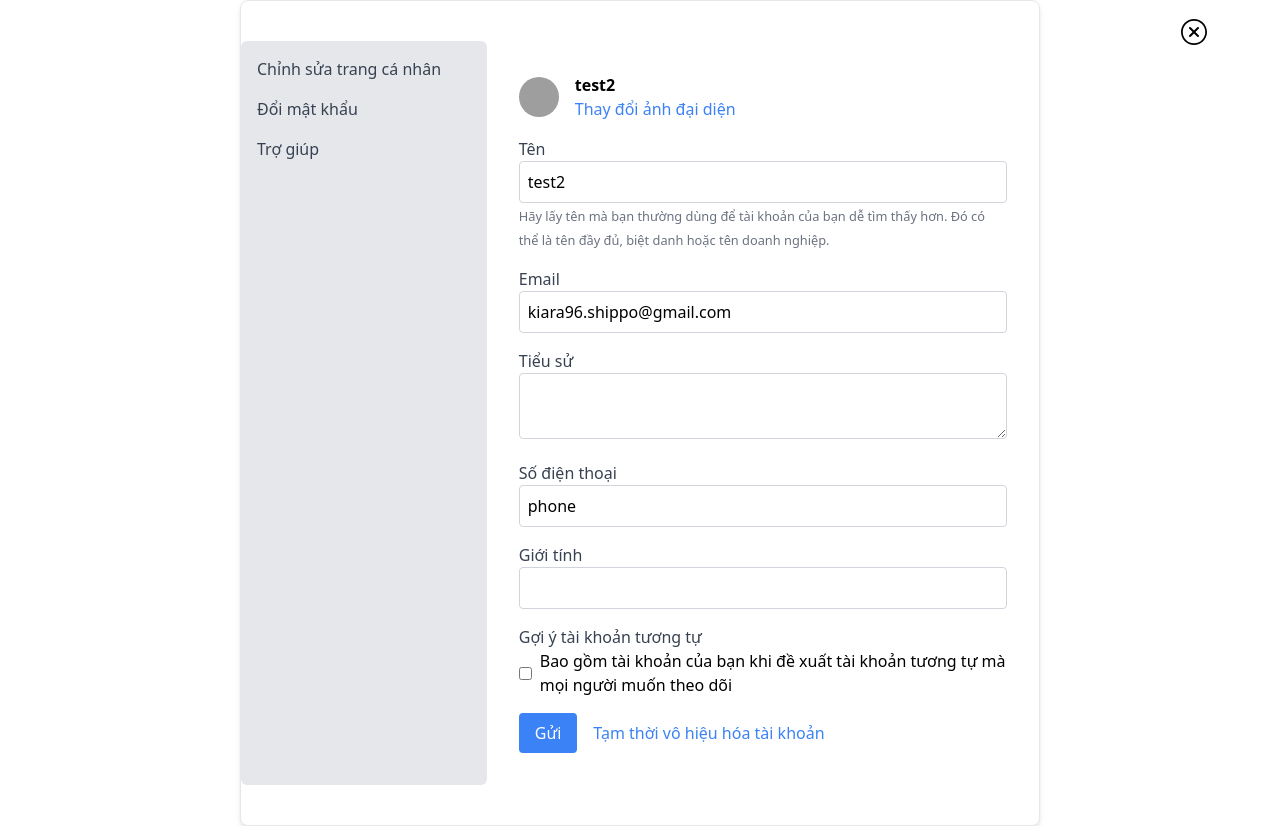
Repository: DangNgocDuong250903/2425_CS445AC_NHOM1
Page: /update_user (app in social_fe/)
The author's editor kept a copy of each file at every save. The page is drawn from the files as they stood at one save, then again after a run of saves.
The browser window is 1280 px wide. The pictures show the whole page.
Pictures or frames that could not be fetched are drawn as grey boxes. The project was rebuilt for these pictures with package versions that can differ from the ones it lists, and the page was loaded fresh each time. Also part of the build but not shown: social_fe/vite.config.js, social_fe/src/components/Button/index.jsx, social_fe/src/assets/index.js, social_fe/src/components/FriendCard/index.jsx, social_fe/src/components/Loading/index.jsx, social_fe/src/components/PostCard/index.jsx, social_fe/src/components/ProfileCard/index.jsx, social_fe/src/components/TextInput/index.jsx and 8 more.

Above is the page before, as saved 2024-11-05 11:04:12.

### social_fe/index.html
<!DOCTYPE html>
<html lang="en">
  <head>
    <meta charset="UTF-8" />
    <link rel="icon" type="image/svg+xml" href="/public/logo.svg" />
    <meta name="viewport" content="width=device-width, initial-scale=1.0" />
    <title>LinkVerse</title>
  </head>
  <body>
    <div id="root"></div>
    <script type="module" src="/src/main.jsx"></script>
  </body>
</html>

### social_fe/src/main.jsx
import { StrictMode } from "react";
import { createRoot } from "react-dom/client";
import App from "./App.jsx";
import "./index.css";
import { store } from "./redux/store.js";
import { Provider } from "react-redux";
import { BrowserRouter } from "react-router-dom";

createRoot(document.getElementById("root")).render(
  <StrictMode>
    <Provider store={store}>
      <BrowserRouter>
        <App />
      </BrowserRouter>
    </Provider>
  </StrictMode>,
);

### social_fe/src/App.jsx
import { Outlet, Navigate, Route, Routes, useLocation } from "react-router-dom";
import {
  Home,
  Profile,
  Register,
  Login,
  ResetPassword,
  NotFound,
} from "./pages";
import { useSelector } from "react-redux";
import UpdateUser from "./pages/ProfilePage/updateUser";

const Layout = () => {
  const { user } = useSelector((state) => state.user);
  const location = useLocation();

  return user?.token ? (
    <Outlet />
  ) : (
    <Navigate to="/login" state={{ from: location }} replace />
  );
};

function App() {
  const { theme } = useSelector((state) => state.theme);

  return (
    <div data-theme={theme} className="w-full min-h-[100vh]">
      <Routes>
        <Route element={<Layout />}>
          <Route path="/" element={<Home />} />
          <Route path="/profile" element={<Profile />} />
          <Route path="/update_user" element={<UpdateUser />} />


        </Route>

        <Route path="/register" element={<Register />} />
        <Route path="/login" element={<Login />} />
        <Route path="/reset-password" element={<ResetPassword />} />
        <Route path="*" element={<NotFound />} />
      </Routes>
    </div >
  );
}

export default App;

### social_fe/src/index.css
@tailwind base;
@tailwind components;
@tailwind utilities;

::-webkit-scrollbar {
    display: none;
     -ms-overflow-style: none;  /* IE and Edge */
    scrollbar-width: none;
  }

  .topbar{
  position: sticky;
  top: 0px;
  z-index: 49;
  }


  .dots-container {
    display: flex;
    align-items: center;
    justify-content: center;
    height: 100%;
    width: 100%;
    margin-bottom: 5px;
  }

  .dot {
    height: 12px;
    width: 12px;
    margin-right: 10px;
    border-radius: 10px;
    background-color: #fff;
    animation: pulse 1.5s infinite ease-in-out;
  }

  .dot:last-child {
    margin-right: 0;
  }

  .dot:nth-child(1) {
    animation-delay: -0.3s;
  }

  .dot:nth-child(2) {
    animation-delay: -0.1s;
  }

  .dot:nth-child(3) {
    animation-delay: 0.1s;
  }

  @keyframes pulse {
    0% {
      transform: scale(0.8);
      background-color: #b3d4fc;
      box-shadow: 0 0 0 0 rgba(178, 212, 252, 0.7);
    }

    50% {
      transform: scale(1.2);
      background-color: #4b79e4;
      box-shadow: 0 0 0 10px rgba(178, 212, 252, 0);
    }

    100% {
      transform: scale(0.8);
      background-color: #2584f8;
      box-shadow: 0 0 0 0 rgba(178, 212, 252, 0.7);
    }
  }

  @layer base {
    :root {
      --color-bg: 227 227 227;
      --color-primary: 255 255 255;
      --color-secondary:255 255 255;
      --color-ascent1: 0 0 0;
      --color-ascent2: 89 91 100;
      --color-blue: 6 90 216;
      --color-white: 255 255 255;

    }
    /* //15 23 42  21 30 49*/
    [data-theme="dark"] {
       --color-bg: 12 12 12;
       --color-primary: 31 31 31;
      --color-secondary: 47 45 48;
      --color-ascent1: 255 255 255;
      --color-ascent2: 164 161 162;
      --color-blue: 6 90 216;
      /* //16 176 255; */
      --color-white: 255 255 255;
    }
  }

### social_fe/src/redux/store.js
import { configureStore } from "@reduxjs/toolkit";

import { rootReducer } from "./reducer";

const store = configureStore({
  reducer: rootReducer,
});

const { dispatch } = store;

export { store, dispatch };

### social_fe/src/pages/index.js
import Home from "./HomePage";
import Login from "./LoginPage";
import NotFound from "./NotFoundPage";
import Profile from "./ProfilePage";
import Register from "./RegisterPage";
import ResetPassword from "./ResetPasswordPage";

export { Home, Login, NotFound, Profile, Register, ResetPassword };

### social_fe/src/pages/ProfilePage/updateUser.jsx
import React, { useState } from 'react';
import { Link, useNavigate } from 'react-router-dom';
import { IoIosCloseCircleOutline } from "react-icons/io";

const UpdateUser = () => {
    const [selectedLink, setSelectedLink] = useState(null);
    const navigate = useNavigate()
    const handleLinkClick = (linkIndex) => {
        setSelectedLink(linkIndex);
    };
    return (
        <div className="flex w-[800px] mx-auto pt-10 pb-10 border border-gray-200 shadow-md rounded-lg ">
            <IoIosCloseCircleOutline onClick={() => navigate("/")} className="absolute w-8 h-8 cursor-pointer top-4 right-[70px] hover:text-red-400 " />
            <div className="w-1/3 p-4 bg-gray-200 rounded-md">
                <ul className="flex flex-col">

                    <Link
                        href="#"
                        onClick={() => handleLinkClick(1)}
                        className={`mb-4 font-medium ${selectedLink === 1 ? 'text-blue-500' : 'text-gray-700'}`}
                    >
                        Chỉnh sửa trang cá nhân
                    </Link>


                    <Link
                        href="#"
                        onClick={() => handleLinkClick(2)}
                        className={`mb-4 font-medium ${selectedLink === 2 ? 'text-blue-500' : 'text-gray-700'}`}
                    >
                        Đổi mật khẩu
                    </Link>


                    <Link
                        href="#"
                        onClick={() => handleLinkClick(3)}
                        className={`mb-4 font-medium ${selectedLink === 3 ? 'text-blue-500' : 'text-gray-700'}`}
                    >
                        Trợ giúp
                    </Link>
                </ul>
            </div>
            <div className="w-3/4 p-8">
                <div className="flex items-center mb-4">
                    <img src="https://mighty.tools/mockmind-api/content/human/5.jpg" alt="User avatar" className="w-10 h-10 mr-4 rounded-full" />
                    <div>
                        <div className="font-bold">test2</div>
                        <a href="#" className="text-blue-500">Thay đổi ảnh đại diện</a>
                    </div>
                </div>
                <form>
                    <div className="mb-4">
                        <label className="block text-gray-700">Tên</label>
                        <input type="text" value="test2" className="w-full p-2 border border-gray-300 rounded" />
                        <small className="text-gray-500">Hãy lấy tên mà bạn thường dùng để tài khoản của bạn dễ tìm thấy hơn. Đó có thể là tên đầy đủ, biệt danh hoặc tên doanh nghiệp.</small>
                    </div>
                    <div className="mb-4">
                        <label className="block text-gray-700">Email</label>
                        <input type="email" value="kiara96.shippo@gmail.com" className="w-full p-2 border border-gray-300 rounded" />
                    </div>
                    <div className="mb-4">
                        <label className="block text-gray-700">Tiểu sử</label>
                        <textarea className="w-full p-2 border border-gray-300 rounded"></textarea>
                    </div>
                    <div className="mb-4">
                        <label className="block text-gray-700">Số điện thoại</label>
                        <input type="text" value="phone" className="w-full p-2 border border-gray-300 rounded" />
                    </div>
                    <div className="mb-4">
                        <label className="block text-gray-700">Giới tính</label>
                        <input type="text" className="w-full p-2 border border-gray-300 rounded" />
                    </div>
                    <div className="mb-4">
                        <label className="block text-gray-700">Gợi ý tài khoản tương tự</label>
                        <div className="flex items-center">
                            <input type="checkbox" className="mr-2" />
                            <span>Bao gồm tài khoản của bạn khi đề xuất tài khoản tương tự mà mọi người muốn theo dõi</span>
                        </div>
                    </div>
                    <div className="flex items-center">
                        <button type="submit" className="px-4 py-2 mr-4 text-white bg-blue-500 rounded">Gửi</button>
                        <button type="button" className="text-blue-500">Tạm thời vô hiệu hóa tài khoản</button>
                    </div>
                </form>
            </div>
        </div>
    );
};

export default UpdateUser;

### social_fe/src/redux/reducer.js
import { combineReducers } from "@reduxjs/toolkit";

import postSlice from "./Slices/postSlice";
import themeSlice from "./Slices/theme";
import userSlice from "./Slices/userSlice";

const rootReducer = combineReducers({
  user: userSlice,
  theme: themeSlice,
  posts: postSlice,
});

export { rootReducer };

### social_fe/src/redux/Slices/postSlice.js
import { createSlice } from "@reduxjs/toolkit";

const initialState = {
  posts: {},
};

const postSlice = createSlice({
  name: "post",
  initialState,
  reducers: {
    getPosts(state, action) {
      state.posts = action.payload;
    },
  },
});

export default postSlice.reducer;

export function SetPosts(post) {
  return (dispatch) => {
    dispatch(postSlice.actions.getPosts(post));
  };
}

### social_fe/src/redux/Slices/theme.js
import { createSlice } from "@reduxjs/toolkit";

const initialState = {
  theme: JSON.parse(window?.localStorage.getItem("theme")) ?? "dark",
};

const themeSlice = createSlice({
  name: "theme",
  initialState,
  reducers: {
    setTheme(state, action) {
      state.theme = action.payload;
      localStorage.setItem("theme", JSON.stringify(action.payload));
    },
  },
});

export default themeSlice.reducer;

export function SetTheme(value) {
  return (dispatch) => {
    dispatch(themeSlice.actions.setTheme(value));
  };
}

### social_fe/src/redux/Slices/userSlice.js
import { createSlice } from "@reduxjs/toolkit";

import { user } from "../../assets/data";

const initialState = {
  user: JSON.parse(window?.localStorage.getItem("user")) ?? user,
  edit: false,
};

const userSlice = createSlice({
  name: "user",
  initialState,
  reducers: {
    login(state, action) {
      state.user = action.payload;
      localStorage.setItem("user", JSON.stringify(action.payload));
    },
    logout(state) {
      state.user = null;
      localStorage?.removeItem("user");
    },
    updateProfile(state, action) {
      state.edit = action.payload;
    },
  },
});
export default userSlice.reducer;

export function UserLogin(user) {
  return (dispatch) => {
    dispatch(userSlice.actions.login(user));
  };
}

export function Logout() {
  return (dispatch) => {
    dispatch(userSlice.actions.logout());
  };
}

export function UpdateProfile(val) {
  return (dispatch) => {
    dispatch(userSlice.actions.updateProfile(val));
  };
}

### social_fe/tailwind.config.js
/** @type {import('tailwindcss').Config} */
export default {
  content: [
    "./index.html",
    "./src/**/*.{js,ts,jsx,tsx}",
  ],
  theme: {
    extend: {
      colors: {
        bgColor: "rgb(var(--color-bg) / <alpha-value>)",
        primary: "rgb(var(--color-primary) / <alpha-value>)",
        secondary: "rgb(var(--color-secondary) / <alpha-value>)",
        customBlue: "rgb(var(--color-blue) / <alpha-value>)",
        white: "rgb(var(--color-white) / <alpha-value>)",
        ascent: {
          1: "rgb(var(--color-ascent1) / <alpha-value>)",
          2: "rgb(var(--color-ascent2) / <alpha-value>)",
        },
      },
      screens: {
        sm: "640px",

        md: "768px",

        lg: "1024px",

        xl: "1280px",

        "2xl": "1536px",
      },
      extend: {
      },
    },
    plugins: [],
  }
}

Loaded but not shown: social_fe/src/assets/data.js (508 lines, source omitted)

After the next 2 saves:
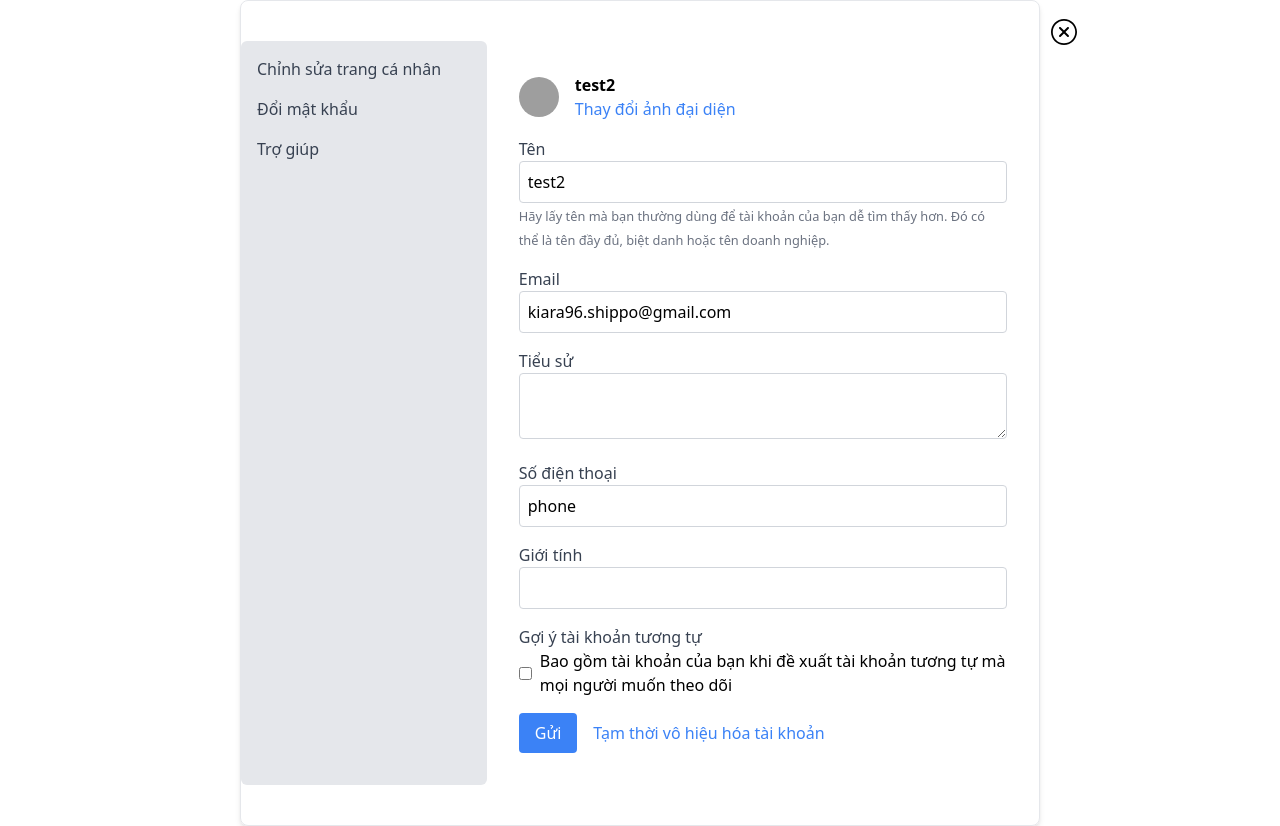
The 2 saves are shown as one change because they came seconds apart.
The last was saved 7 s later.
--- a/social_fe/src/pages/ProfilePage/updateUser.jsx
+++ b/social_fe/src/pages/ProfilePage/updateUser.jsx
@@ -10,7 +10,7 @@ const UpdateUser = () => {
     };
     return (
         <div className="flex w-[800px] mx-auto pt-10 pb-10 border border-gray-200 shadow-md rounded-lg ">
-            <IoIosCloseCircleOutline onClick={() => navigate("/")} className="absolute w-8 h-8 cursor-pointer top-4 right-[70px] hover:text-red-400 " />
+            <IoIosCloseCircleOutline onClick={() => navigate("/")} className="absolute w-8 h-8 cursor-pointer top-4 right-[200px] hover:text-red-400 " />
             <div className="w-1/3 p-4 bg-gray-200 rounded-md">
                 <ul className="flex flex-col">
 
